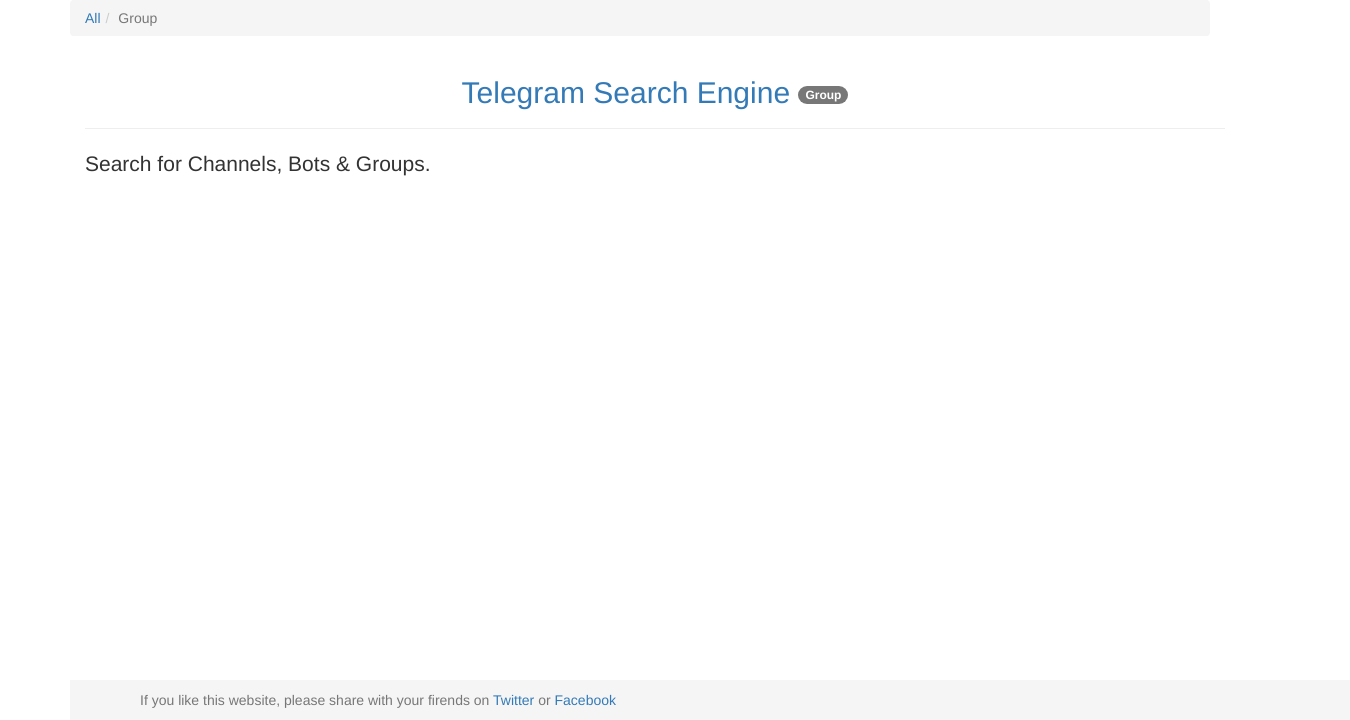
Repository: xtea/xtea.github.io
Page: ts_en_group.html
The author's editor kept a copy of each file at every save. The page is drawn from the files as they stood at one save, then again after the next save.
The browser window is 1280 px wide. The page is 1350 px wide, so the pictures cover 1350 px, including what lies to the right of the window. The pictures show the whole page.

Above is the page before, as saved 2024-12-16 23:02:58.

### ts_en_group.html
<!DOCTYPE html>
<html lang="zh-CN">
  <head>
    <meta charset="utf-8">
    <meta http-equiv="Content-Type" content="text/html; charset=UTF-8">
    <meta http-equiv="X-UA-Compatible" content="IE=edge">
    <meta name="viewport" content="width=device-width, initial-scale=1">
    <meta name="description" content="Discover Thousands Telegram Channels, Groups and bots easily. List one of your own Telegram join link for free in Telegram group." />
    <meta name="keywords" content="Telegram, TELEGRAM group, Telegram group search, tg search, find telegram group" />
    <meta name="twitter:card" content="summary"></meta>

    <!-- Google Tag Manager -->
  <script>(function(w,d,s,l,i){w[l]=w[l]||[];w[l].push({'gtm.start':
  new Date().getTime(),event:'gtm.js'});var f=d.getElementsByTagName(s)[0],
  j=d.createElement(s),dl=l!='dataLayer'?'&l='+l:'';j.async=true;j.src=
  'https://www.googletagmanager.com/gtm.js?id='+i+dl;f.parentNode.insertBefore(j,f);
  })(window,document,'script','dataLayer','GTM-PNTGKNM');</script>
  <!-- End Google Tag Manager -->

  <!-- 广告拦截收入挽回 -->
  <script async src="https://fundingchoicesmessages.google.com/i/pub-5106553482008442?ers=1" nonce="Vutk0xBGqbSGui6kDlQ69w"></script><script nonce="Vutk0xBGqbSGui6kDlQ69w">(function() {function signalGooglefcPresent() {if (!window.frames['googlefcPresent']) {if (document.body) {const iframe = document.createElement('iframe'); iframe.style = 'width: 0; height: 0; border: none; z-index: -1000; left: -1000px; top: -1000px;'; iframe.style.display = 'none'; iframe.name = 'googlefcPresent'; document.body.appendChild(iframe);} else {setTimeout(signalGooglefcPresent, 0);}}}signalGooglefcPresent();})();</script>

  <!-- 电报搜索_EN xtea -->
<!--   <script async src="https://pagead2.googlesyndication.com/pagead/js/adsbygoogle.js?client=ca-pub-5106553482008442"
     crossorigin="anonymous"></script> -->
  <!-- googlesyndication -->

  <script async src="https://pagead2.googlesyndication.com/pagead/js/adsbygoogle.js?client=ca-pub-8099937387516501"
     crossorigin="anonymous"></script>


    <link rel="shortcut icon" href="img/2020/favicon.ico" type="image/x-icon" />
    <!-- 上述3个meta标签*必须*放在最前面，任何其他内容都*必须*跟随其后！ -->
    <!-- Bootstrap -->
    <link href="https://cdn.jsdelivr.net/npm/bootstrap@3.3.7/dist/css/bootstrap.min.css" rel="stylesheet">
    <!-- HTML5 shim 和 Respond.js 是为了让 IE8 支持 HTML5 元素和媒体查询（media queries）功能 -->
    <!-- 警告：通过 file:// 协议（就是直接将 html 页面拖拽到浏览器中）访问页面时 Respond.js 不起作用 -->
    <!--[if lt IE 9]>
      <script src="https://cdn.jsdelivr.net/npm/html5shiv@3.7.3/dist/html5shiv.min.js"></script>
      <script src="https://cdn.jsdelivr.net/npm/respond.js@1.4.2/dest/respond.min.js"></script>
    <![endif]-->
     <style>
     	/* Sticky footer styles
-------------------------------------------------- */
html {
  position: relative;
  min-height: 100%;
}
body {
  /* Margin bottom by footer height */
  margin-bottom: 60px;
}
.page-header {
    margin: 20px 0 20px;
}
.footer {
  position: absolute;
  bottom: 0;
  width: 100%;
  /* Set the fixed height of the footer here */
  background-color: #f5f5f5;
}


/* Custom page CSS
-------------------------------------------------- */
/* Not required for template or sticky footer method. */
.container .text-muted {
  margin: 10px 0;
}

.footer > .container {
  padding-right: 15px;
  padding-left: 15px;
}

code {
  font-size: 80%;
}
</style>
<!-- Google tag (gtag.js) -->
<script async src="https://www.googletagmanager.com/gtag/js?id=G-MTG41DQTYK"></script>
<script>
  window.dataLayer = window.dataLayer || [];
  function gtag(){dataLayer.push(arguments);}
  gtag('js', new Date());

  gtag('config', 'G-MTG41DQTYK');
</script>
	<title>Telegram Search. Find Telegram Channels, Bots & Groups.</title>
  </head>
  <body>
	  <!-- Google Tag Manager (noscript) -->
    <noscript><iframe src="https://www.googletagmanager.com/ns.html?id=GTM-PNTGKNM"
    height="0" width="0" style="display:none;visibility:hidden"></iframe></noscript>
    <!-- End Google Tag Manager (noscript) -->
    <div class="container">
      <div>
      <ol class="breadcrumb">
        <li><a href="ts_en.html">All</a></</li>
        <li class="active">Group</a></li>
      </ol>
    </div>
    <div class="container">
      <div class="page-header">
        <h2 class="text-center"><a href="ts_en_group.html">Telegram Search Engine</a>
          <span class="badge badge-info" title="Group Only.">Group</span>
        </h2>
      </div>
      <p class="lead">
        Search for Channels, Bots & Groups.
      </p>

    <!-- 电报搜索_EN xtea-->
<!--     <ins class="adsbygoogle"
         style="display:block"
         data-ad-client="ca-pub-5106553482008442"
         data-ad-slot="9702953718"
         data-ad-format="auto"
         data-full-width-responsive="true"></ins>
    <script>
         (adsbygoogle = window.adsbygoogle || []).push({});
    </script>  -->
      <!-- 电报搜索_EN -->

    <!-- 电报搜索_EN -->
  <ins class="adsbygoogle"
       style="display:block"
       data-ad-client="ca-pub-8099937387516501"
       data-ad-slot="1097909114"
       data-ad-format="auto"
       data-full-width-responsive="true"></ins>
  <script>
       (adsbygoogle = window.adsbygoogle || []).push({});
  </script>

     <script async src="https://cse.google.com/cse.js?cx=006249643689853114236:iggtcom3jxi"></script>
     <div class="gcse-search"></div>

    </div>
     <!-- Begin page content -->
    <footer class="footer">
      <div class="container">
        <p class="text-muted">
          If you like this website, please share with your firends on
          <a href="https://twitter.com/share?text=Telegram Search for everything&url=https://xtea.io/ts_en.html" target="_blank">Twitter</a>
          or
          <a href="https://www.facebook.com/sharer.php?title=Telegram Search for everything&u=https://xtea.io/ts_en.html" target="_blank">Facebook</a>
        </p>
      </div>
    </footer>
  </body>

</html>

After the next save:
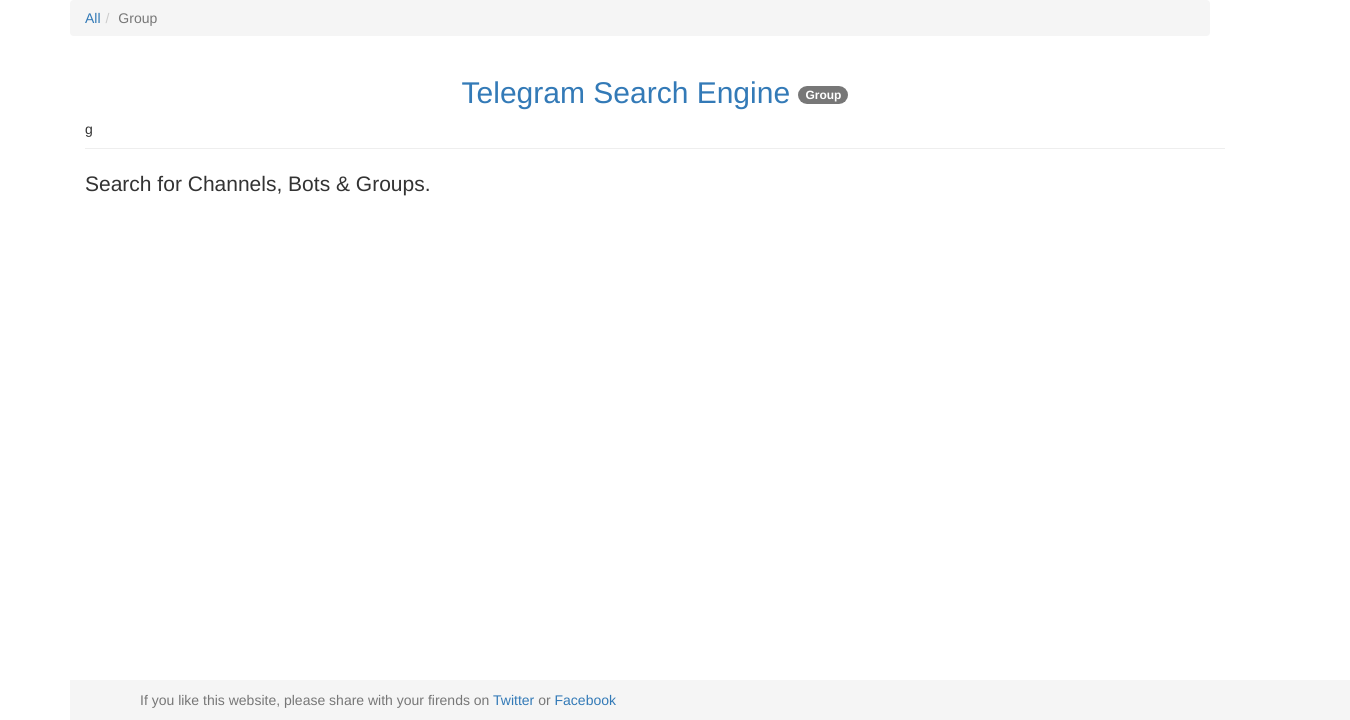
Saved 6 s later.
--- a/ts_en_group.html
+++ b/ts_en_group.html
@@ -105,7 +105,7 @@
       <div class="page-header">
         <h2 class="text-center"><a href="ts_en_group.html">Telegram Search Engine</a>
           <span class="badge badge-info" title="Group Only.">Group</span>
-        </h2>
+        </h2>g
       </div>
       <p class="lead">
         Search for Channels, Bots & Groups.

After the save that followed:
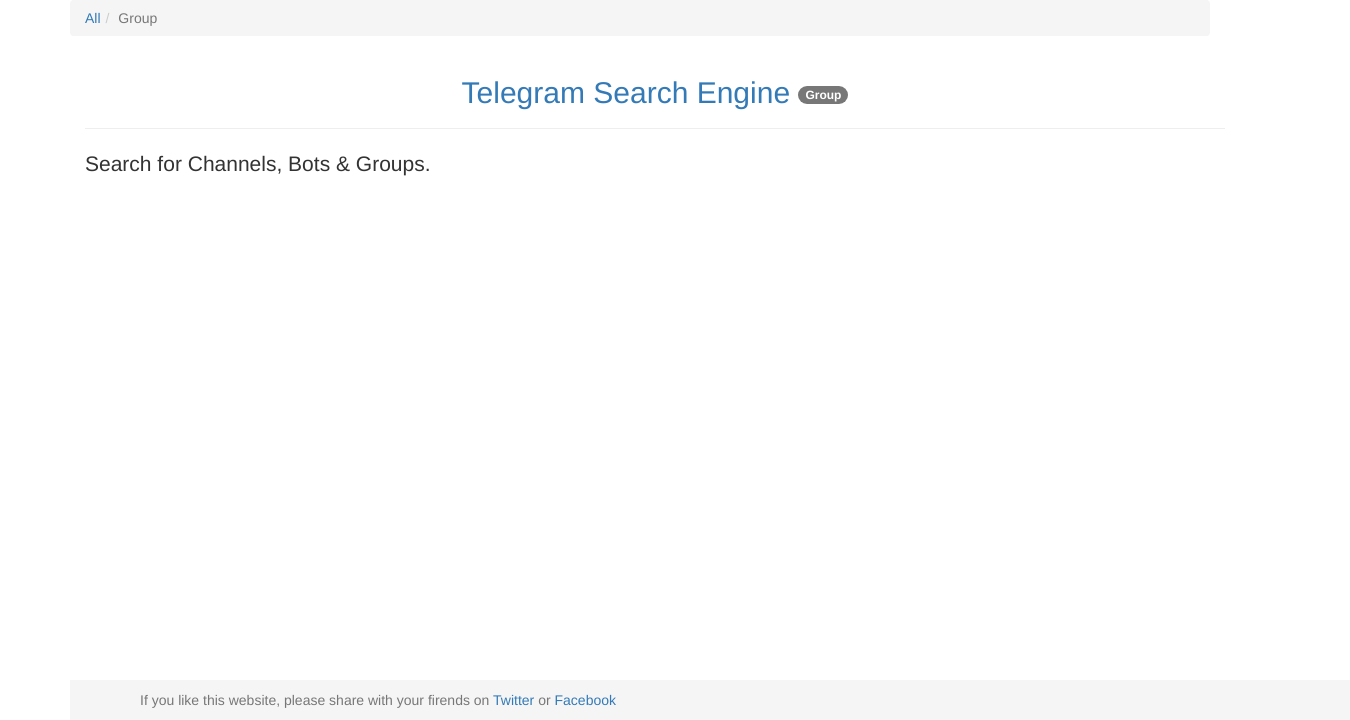
Saved 4 s later.
--- a/ts_en_group.html
+++ b/ts_en_group.html
@@ -105,7 +105,7 @@
       <div class="page-header">
         <h2 class="text-center"><a href="ts_en_group.html">Telegram Search Engine</a>
           <span class="badge badge-info" title="Group Only.">Group</span>
-        </h2>g
+        </h2>
       </div>
       <p class="lead">
         Search for Channels, Bots & Groups.
